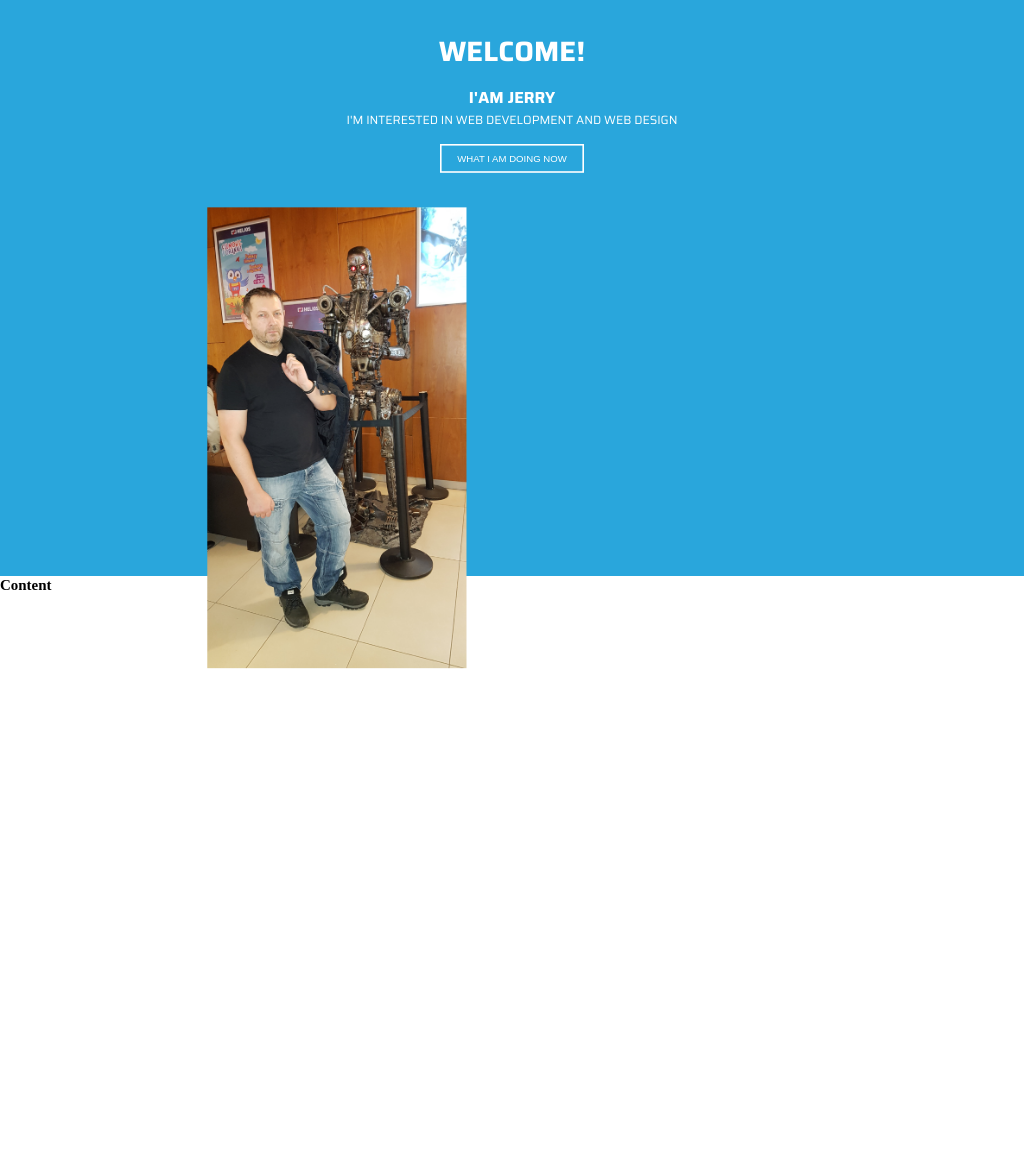
Repository: navanweb/dev
Page: jerry.html
The author's editor kept a copy of each file at every save. The page is drawn from the files as they stood at one save, then again after the next save.
The browser window is 1280 px wide. The pictures show the whole page, at 80% of full size.

Above is the page before, as saved 2019-04-06 19:50:19.

### jerry.html
<!DOCTYPE html>
<html>

<head>
  <meta charset="UTF-8">
  <meta name="viewport" content="width=device-width, initial-scale=1.0">
  <meta http-equiv="X-UA-Compatible" content="ie=edge">
  <title>Jerry</title>
  <link href="https://fonts.googleapis.com/css?family=Saira:400,700" rel="stylesheet">
  <link rel="stylesheet" type="text/css" href="css/jerry.css">
</head>

<body>
  <header>
    <div class="welcome">
      <p>welcome!</p>
      <h1>I'am Jerry</h1>
      <h2>I'm interested in web development and web design</h2>
      <button>what I am doing now</button>
    </div>
    <img src="images/jerry.jpg" alt="Jerry photo PCWitcher">
  </header>
  <h3>Content</h3>
</body>

</html>

### css/jerry.css
/* font-family: 'Saira', sans-serif; */

* {
    margin: 0;
    padding: 0;
    box-sizing: border-box;
}

header {
    position: relative;
    background-color: #29a6dc;
    height: 100vh;
    /* overflow: hidden; */
    /* max-width: 1920px; */
    /* margin: 0 auto; */
}

header>* {
    position: absolute;
}

header img {
    position: absolute;
    height: 50%;
    bottom: 0;
    transform: translateX(50%);
}

header div.welcome {
    top: 5%;
    left: 5%;
    right: 5%;
    text-align: center;
    font-family: 'Saira', sans-serif;
    font-weight: bold;
    font-size: 35px;
    color: white;
    text-transform: uppercase;
}


header h1 {
    font-size: 20px;
    margin-top: 15px;
}

header h2 {
    font-size: 15px;
    font-weight: 400;
}

header button {
    line-height: 32px;
    padding: 0 20px;
    text-transform: uppercase;
    color: white;
    background-color: transparent;
    font-size: 12px;
    border: 2px solid white;
}

@media (orientation:landscape) {
    header img {
        height: 80%;
        transform: translate(80%, 20%);
        /* bottom: 0; */
        /* right: 15%; */
    }

}

h3 {
    height: 100vh;
}

After the next save:
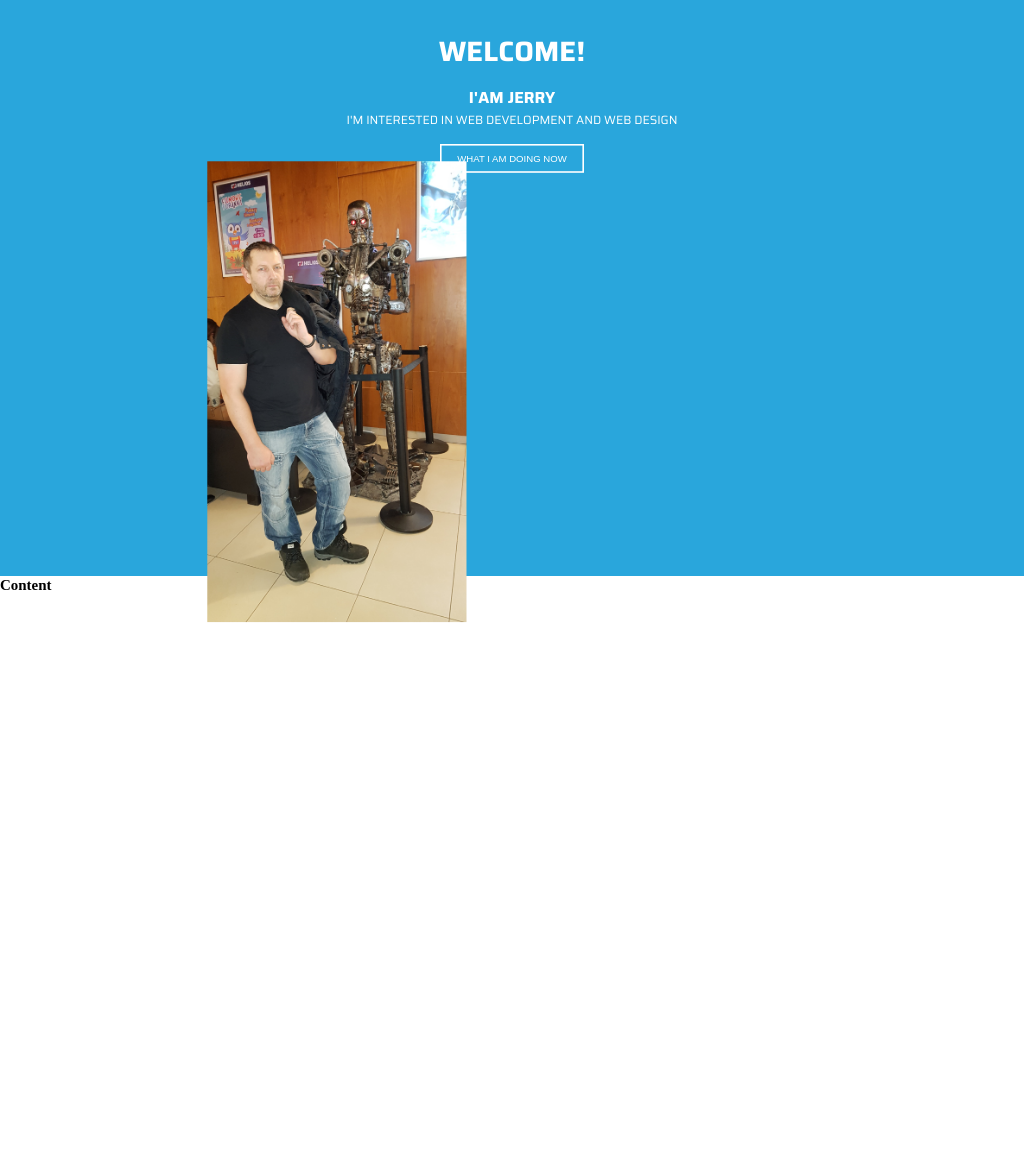
Saved 5 s later.
--- a/css/jerry.css
+++ b/css/jerry.css
@@ -62,7 +62,7 @@ header button {
 @media (orientation:landscape) {
     header img {
         height: 80%;
-        transform: translate(80%, 20%);
+        transform: translate(80%, 10%);
         /* bottom: 0; */
         /* right: 15%; */
     }
